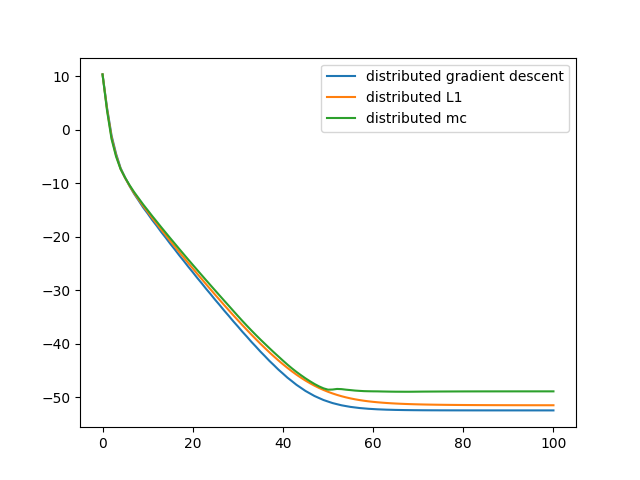
Repository: komuro-zero/distributed-optimization
Script's output: python main_wj_noisyd.py
The author's editor kept a copy of each file at every save. The script's output is drawn from the files as they stood at one save, then again after the next save.
Random numbers start from a fixed seed.

Above is the script's output before, as saved 2019-09-24 14:08:25.

After the next save:
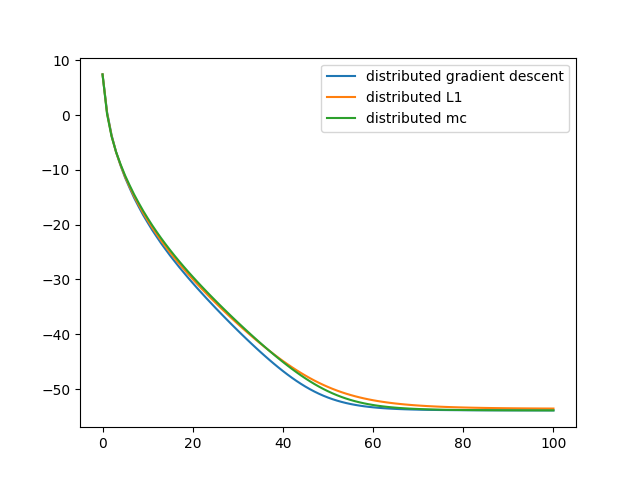
Saved 8 s later.
--- a/main_wj_noisyd.py
+++ b/main_wj_noisyd.py
@@ -27,7 +27,7 @@ class distributed_updates(functions):
         w_star,U_all,d_allを返㝙
         """
         w = randn(self.N,1)
-        w_star = self.w_star_weakly_sparse(self.N,self.sparsity_percentage)
+        w_star = self.w_star_weakly_sparse_sample(self.N,self.sparsity_percentage)
         print(w)
         U_all = randn(self.m,self.N)
         w_star_noise = w_star+randn(self.N,1)/1000
